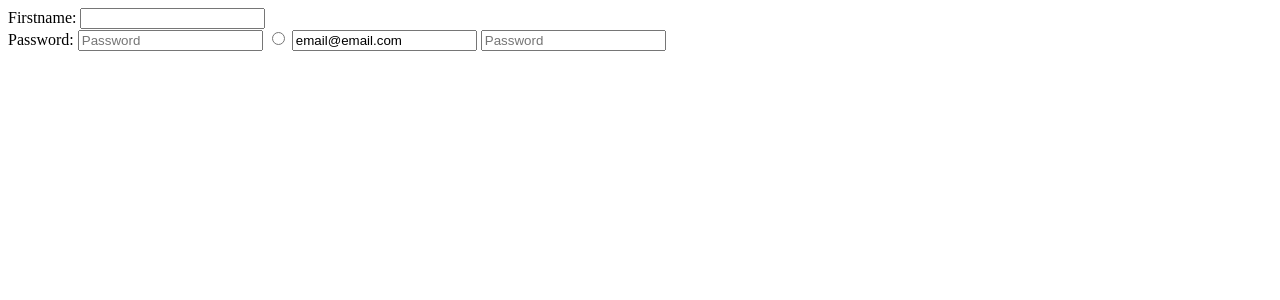
Repository: Tranghii/HTML-CSS
Page: HTML&CSS/form.html
An editor plug-in stored every save of this project. The page is shown before and after a run of saves, followed by the edit.
The browser window is 1280 px wide. The pictures show the whole page.

Above is the page before, as saved 2025-10-11 17:04:56.

After the next 2 saves:
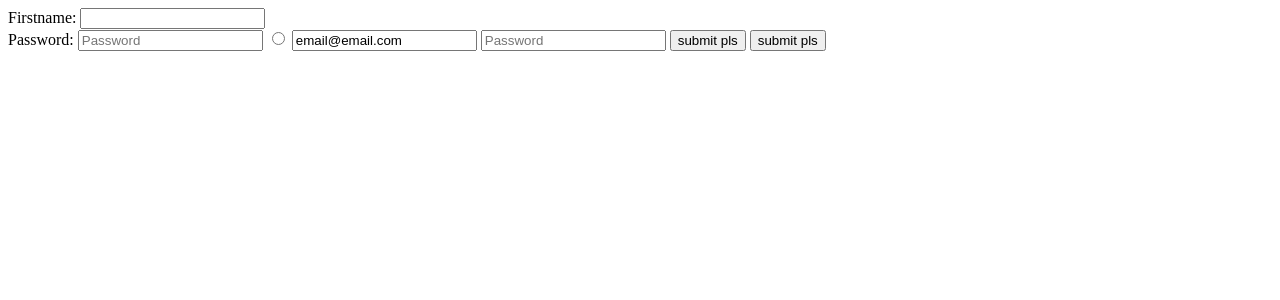
The 2 saves are shown as one change because they came seconds apart.
The last was saved 6 s later.
--- a/HTML&CSS/form.html
+++ b/HTML&CSS/form.html
@@ -16,7 +16,8 @@
 
         <input type="email" name="email" id="email" value="email@email.com" placeholder="email">
         <input type="Password" name="pass" id="pass" placeholder="Password">
-   <inp type="submit" value="submit pls" ></inp>
+   <input type="submit" value="submit pls" >
+   <input type="submit" value="submit pls" >
 
 
     </form>
